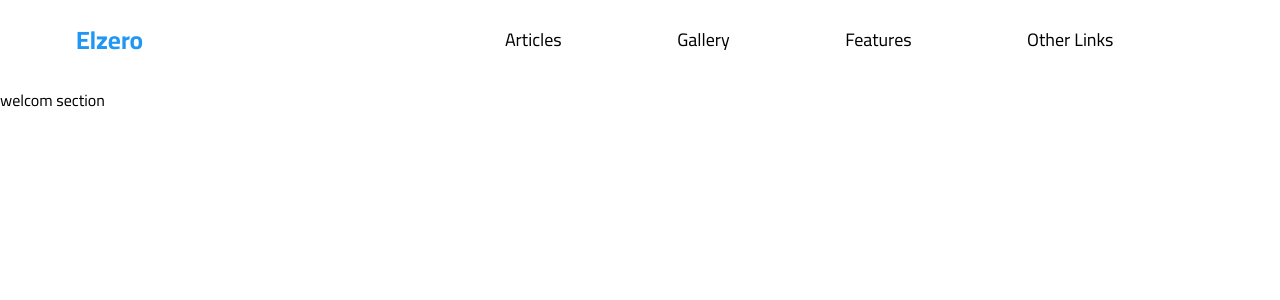
Repository: Toqa-25/elzeroAcdemey-Templete
Page: index.html
An editor plug-in stored every save of this project. The page is shown before and after the next save, followed by the edit.
The browser window is 1280 px wide. The pictures show the whole page.

Above is the page before, as saved 2022-01-16 20:49:16.

### index.html
<!DOCTYPE html>
<html lang="en">
<head>
    <meta charset="UTF-8">
    <meta http-equiv="X-UA-Compatible" content="IE=edge">
    <meta name="viewport" content="width=device-width, initial-scale=1.0">
    <!-- normalize file -->
    <link rel="stylesheet" href="css/normalize.css">
    <!-- css files -->
    <link rel="stylesheet" href="css/style.css">
    <!-- fontAwosem file -->
    <link rel="stylesheet" href="css/all.min.css">
     <!-- font files -->
     <link rel="preconnect" href="https://fonts.googleapis.com">
    <link rel="preconnect" href="https://fonts.gstatic.com" crossorigin>
    <link href="https://fonts.googleapis.com/css2?family=Cairo:wght@200;400;700;800;900&display=swap" rel="stylesheet">
    <!-- page title -->
    <title>templete 3</title>
</head>
<body>
    <header id="" class="">
        <div class="container">
            <div class="header-content">
                <div class="header-content-logo">
                    <a href="index.html" class="logo link-none">Elzero</a>
                </div>
                <nav>
                    <ul class="nav-list unlist">
                        <li class="nav-list-item"> <a href="" class="link-none  link-style" id="articles">articles</a></li>
                        <li class="nav-list-item"> <a href="" class="link-none  link-style" id="gallery">gallery</a></li>
                        <li class="nav-list-item"> <a href="" class="link-none  link-style" id="features">features</a></li>
                        <li class="nav-list-item" id="parent-other-links"> <a href="javascript:;" class="link-none  link-style " >other links</a>
                            <div class="other-links " id="child-other-links">
           <div class="other-links-content">
            <div class="other-links-content-img">
                <img src="images/header/Video files-amico.svg" alt="">
            </div>

            <ul class="other-links-list unlist">
            <div class="other-links-list-group-one">
              <li id="" class="other-links-list-item"><a href="" class="link-none  link-style "><i class="far fa-comments"></i> testimonials</a></li>
              <li id="" class="other-links-list-item"><a href="" class="link-none  link-style "><i class="far fa-user"></i> team member</a></li>
              <li id="" class="other-links-list-item"><a href="" class="link-none  link-style"><i class="far fa-building"></i> services</a></li>
              <li id="" class="other-links-list-item"><a href="" class="link-none  link-style"><i class="far fa-check-circle"></i> our skils</a></li>
              <li id="" class="other-links-list-item"><a href="" class="link-none  link-style"><i class="far fa-clipboard"></i> how it work</a></li>
            </div>
            <div class="other-links-list-group-one">
                <li id="" class="other-links-list-item"><a href="" class="link-none  link-style"><i class="far fa-calendar-alt"></i> events</a></li>
                <li id="" class="other-links-list-item"><a href="" class="link-none  link-style"><i class="fas fa-server"></i> pricing planes</a></li>
                <li id="" class="other-links-list-item"><a href="" class="link-none  link-style"><i class="far fa-play-circle"></i> top video</a></li>
                <li id="" class="other-links-list-item"><a href="" class="link-none  link-style"><i class="fas fa-chart-bar"></i> states</a></li>
                <li id="" class="other-links-list-item"><a href="" class="link-none  link-style"><i class="fas fa-percent"></i> request a discount</a></li>
            </div>
        </ul>
       </div>
       </div>
                        </li>

                    </ul>
                </nav>
            </div>
        </div>
    </header>

    welcom section


       <script src="script.js">

       </script>
</body>
</html>

### css/style.css
 /*
  - container
  -section head

 */
 /* global style */
 :root{
     /* --main-color:#45B2F8; */
     --main-color:#2196F3;
     --s-background:#ececec54;
     /* --s-background:#ecececa4; */
     --p-color:#D6ECEC;
 }

 *{
     box-sizing: border-box;
     margin: 0;
     padding: 0;
 }
html , body{
    width: 100%;
    height: 100%;
    margin: 0;
    padding: 0;
    overflow: hidden;
}
 body{
     font-family: "Cairo", sans-serif;
 }
 .container{
      width: 90%;
      margin:0 auto;
      /* padding: 15px 0; */
 }
 .link-none{
     text-decoration: none;
 }
 .unlist{
     list-style: none;
 }
 .link-style{
    font-size: 18px;
    text-transform: capitalize;
 }

 /* header style */
 header{
   margin-bottom: 10px;
 }
.header-content{
    display: flex;
    justify-content: space-between;
    align-items: center;
    padding: 10px 12px ;
    margin-bottom: 10px;
}
.logo{
    font-weight: bolder;
    font-size:25px;
    color:var(--main-color)
}

nav{
    width: 70%;
}
.nav-list{
    display: flex;
    justify-content: space-evenly;
    align-items: center;
}
.nav-list-item {
    cursor: pointer;
    color:#000;
    padding: 20px  25px;
    position: relative;
    transition: background-color .2s ;
    -webkit-transition: background-color .2s ;
    -moz-transition: background-color .2s ;
    -ms-transition: background-color .2s ;
    -o-transition: background-color .2s ;
}
.nav-list-item::before{
    content: "";
    height: 3px;
    width: 0;
    background-color: var(--main-color);
    position: absolute;
    top: 0px;
    left: 0;
    transition: width .6s;
    -webkit-transition: width .6s;
    -moz-transition: width .6s;
    -ms-transition: width .6s;
    -o-transition: width .6s;
}
.nav-list-item a{
        color:#000;
}

.nav-list-item:hover  {
    background-color: var(--s-background);
}
.nav-list-item:hover  a {
    color:var(--main-color);
}
.nav-list-item:hover::before{
        width: 100%;
}
#parent-other-links{
    position: relative;
}
#parent-other-links:hover #child-other-links{
    transform:translateY(20px) ;
    -webkit-transform:translateY(20px) ;
    -moz-transform:translateY(20px) ;
    -ms-transform:translateY(20px) ;
    -o-transform:translateY(20px) ;
}
/* media query for header*/
@media (max-width:767px){
    .header-content{
        flex-direction:column ;
        padding:5px 12px;
}
.header-content-logo{
    margin-bottom: 5px;
}
nav{
    width: 80%;
}
.nav-list-item{
    padding:17px 10px;
}
.nav-list-item a{
    font-size: 15px;
}
}
/********************************************************************************************/
/* style for other links */
.other-links{
 /*margin-top: 10px;
 */margin: 10 auto;
 transform: translatey(1000%);
 -webkit-transform: translatey(1000%);
 -moz-transform: translatey(1000%);
 -ms-transform: translatey(1000%);
 -o-transform: translatey(1000%);
 transition: transform .5s;
 -webkit-transition: transform .5s;
 -moz-transition: transform .5s;
 -ms-transition: transform .5s;
 -o-transition: transform .5s;
}
.other-links-content{
    display: flex;
    border-bottom: 4px solid var(--main-color);
    border-top: 2px solid var(--s-background);
}
.other-links-content-img{
    margin:auto;
}
.other-links-content-img img{
    width: 100%;
}
.other-links-list{
    width:55%;
    display: flex;
    justify-content: space-between;
    padding: 10px;
    align-items: center;
}
.other-links-list-group-one{
    width:45%
}
.other-links-list-item{
    padding: 15px ;
    border-bottom: 1px solid rgba(0, 0, 0, 0.337);
    position: relative;
    cursor: pointer;

}
.other-links-list-item:last-child{
    border:none;
}
.other-links-list-item::before{
    content:"";
    position: absolute;
    top: 0;
    left: 0;
    height: 100%;
    width: 0%;
    background-color: var(--s-background);
    transition:width .5s;
    -webkit-transition:width .5s;
    -moz-transition:width .5s;
    -ms-transition:width .5s;
    -o-transition:width .5s;
}
.other-links-list-item:hover::before{
    width: 100%;
}
.other-links-list-item a{
    font-weight: bold;
    color:var(--main-color)
}
.other-links-list-item > a > i{
 margin-right: 10px;
}
.other{
    transform: translatey(20px);
    -webkit-transform: translatey(20px);
    -moz-transform: translatey(20px);
    -ms-transform: translatey(20px);
    -o-transform: translatey(20px);
}
#child-other-links{
    width:85vw;
    position: absolute;
    right: 5px;
    /* background-color: violet; */
}
@media(max-width:991px){
    #child-other-links{
     width:87vw;
    }
     .other-links-content-img{
        display: none;
    }
    .other-links-list{
        width: 100%;
    }
}
@media(max-width:767px){
    #child-other-links{
        width:100vw;
        margin-right: -166px;
    }
     .other-links-list{
        flex-direction: column;
    }
        .other-links-list-group-one{
    width:100%;
}
.other-links-list-item:last-child{
    border-bottom: 1px solid rgba(0, 0, 0, 0.337);
}
 .other-links-list-item a{
     font-size: 18px;
 }
}

### script.js
let otherParent = document.getElementById("parent-other-links");
let otherChild = document.getElementById("child-other-links");
otherParent.onclick = function () {
  otherChild.classList.toggle("other");
};

Loaded but not shown: css/normalize.css (library); css/all.min.css (library)

After the next save:
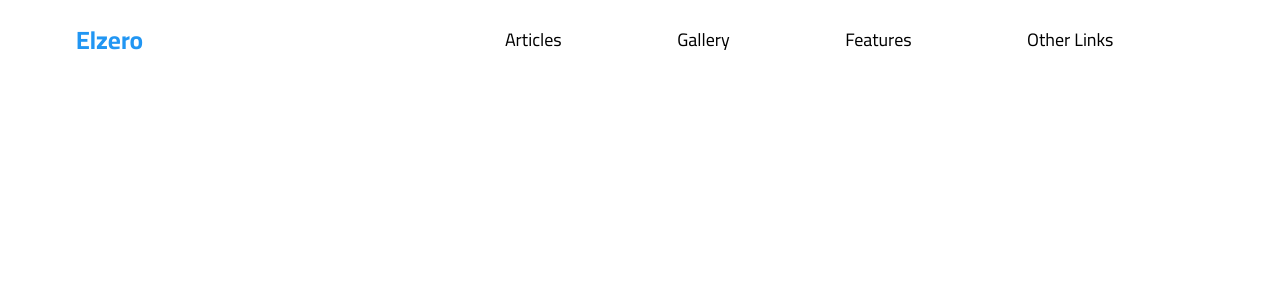
Saved 5 s later.
--- a/index.html
+++ b/index.html
@@ -62,7 +62,7 @@
         </div>
     </header>
 
-    welcom section
+    <!-- welcom section -->
 
 
        <script src="script.js">
